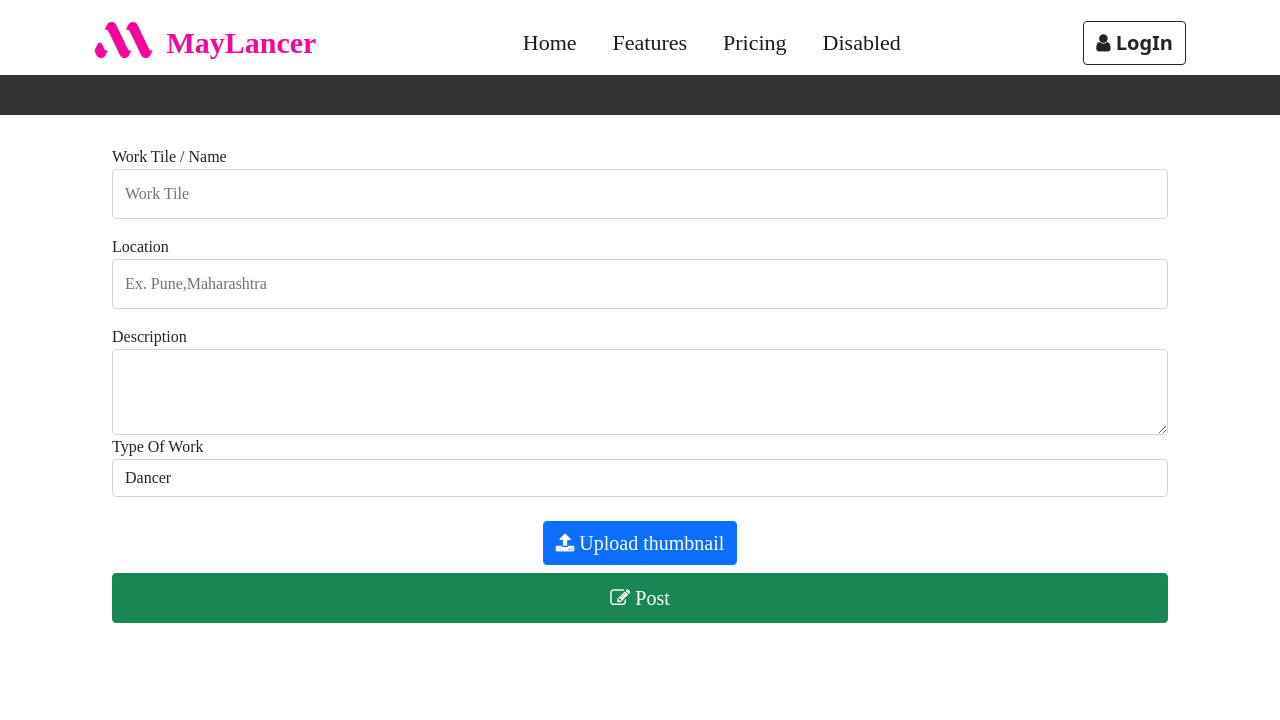
Repository: prathmesh2023/maylancers
Page: http://localhost/post_job
The author's editor kept a copy of each file at every save. The page is drawn from the files as they stood at one save, then again after the next save.
The browser window is 1280 px wide. The pictures show the whole page.
Some web fonts or font styles are not loaded; a fallback is used. Some web libraries are served in a nearby version. The page is served by the project's application, run on Django 3.2 (manage.py). The page reads the database file committed with the project.

Above is the page before, as saved 2022-01-24 02:51:41.

After the next save:
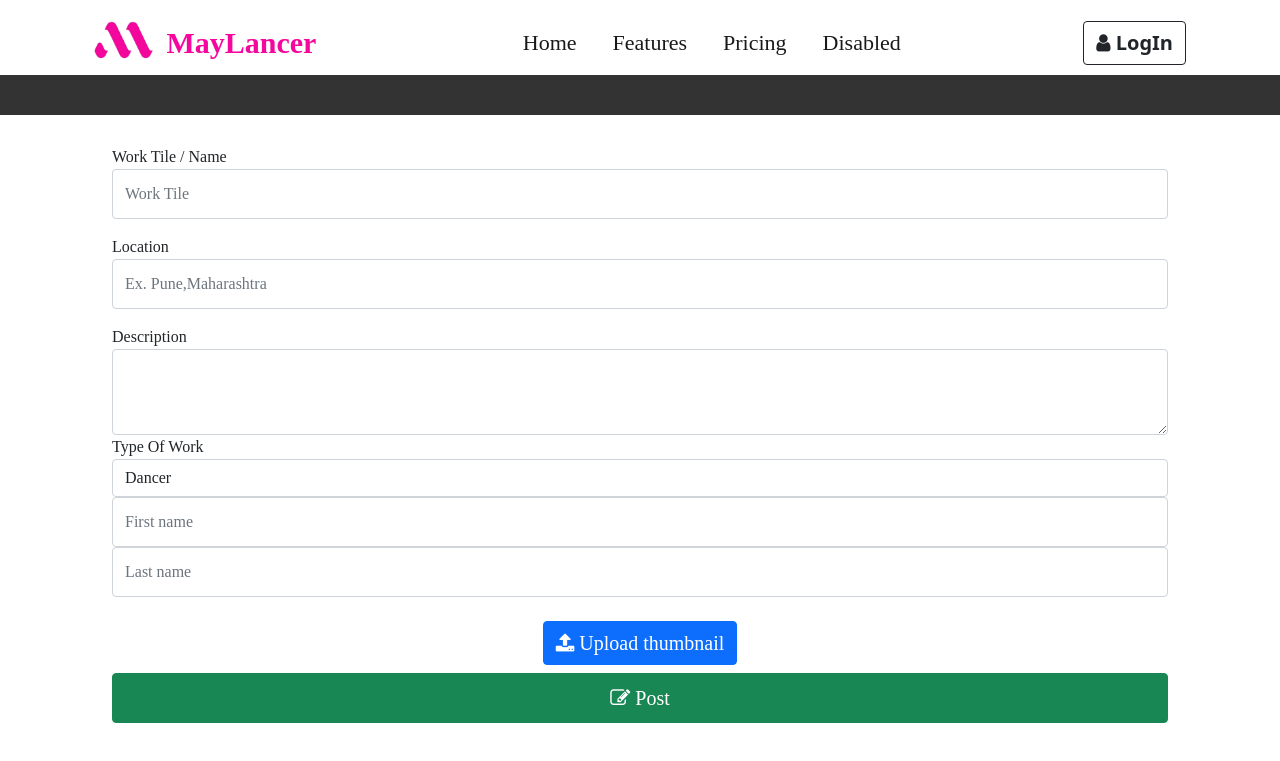
Saved 8 s later.
--- a/templates/postjob.html
+++ b/templates/postjob.html
@@ -33,6 +33,16 @@
 
 
             </select>
+        </div>
+
+
+        <div class="form-row">
+            <div class="col">
+                <input type="text" class="form-control" placeholder="First name">
+            </div>
+            <div class="col">
+                <input type="text" class="form-control" placeholder="Last name">
+            </div>
         </div>
         <br> {% csrf_token %}
 
